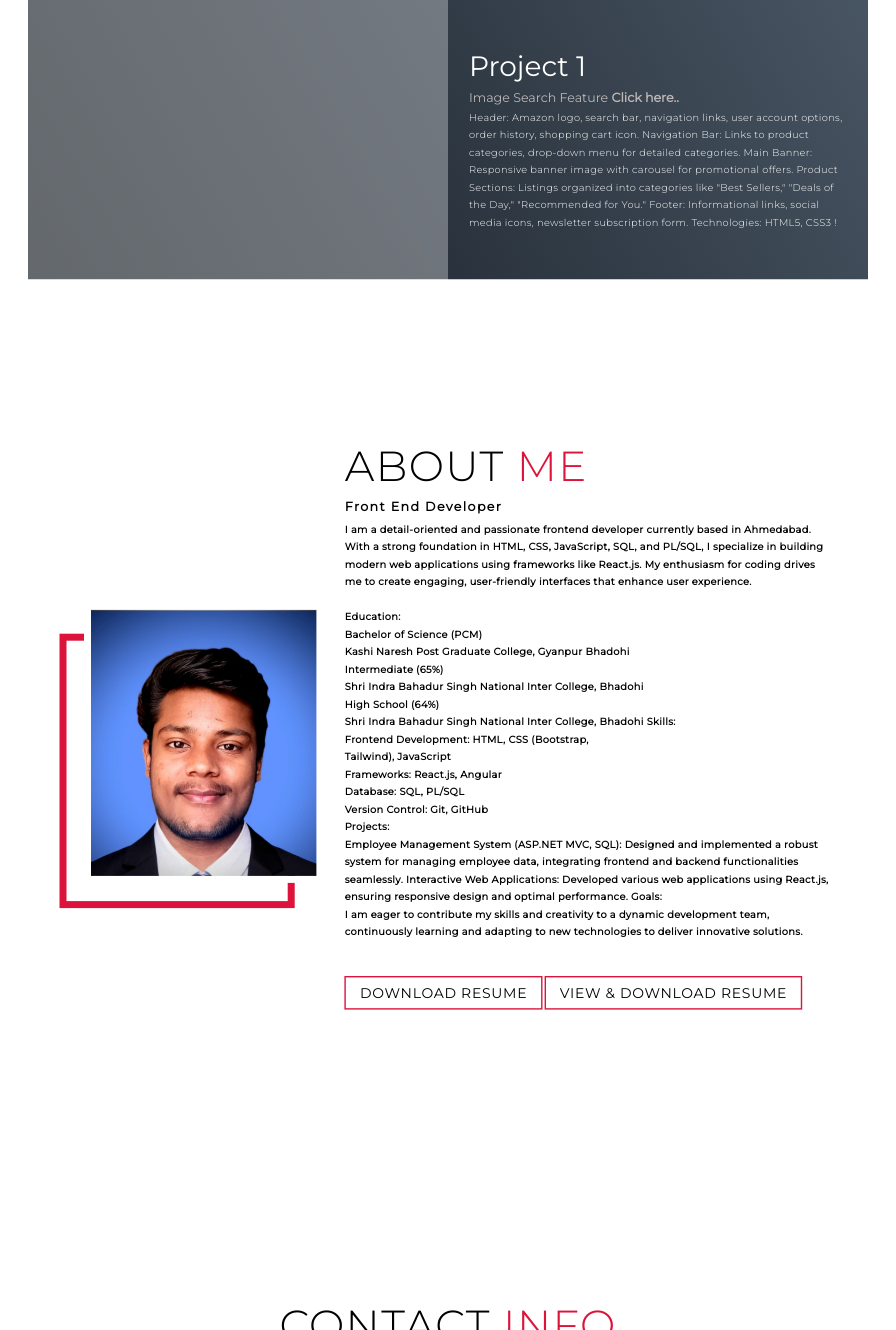
Repository: Mahesh512001/Portfolio-Mahesh
Page: index.html
These files come from the project's save history. The page is drawn as it stood at one moment and after the next save; the edit follows.
The browser window is 1280 px wide. The pictures show the part of the page from y = 4485 to 6385 px (the page is 7077 px tall), at 70% of full size.
Pictures or frames that could not be fetched are drawn as grey boxes.

Above is the page before, as saved 2024-08-28 16:26:54.

### index.html
<!DOCTYPE html>
<html lang="en">

<head>
  <meta charset="UTF-8">
  <meta name="viewport" content="width=device-width, initial-scale=1.0">
  <link rel="stylesheet" href="style.css">
  <title>Mahesh Chaurasiya</title>
</head>

<body>
  <!-- Header -->
  <section id="header">
    <div class="header container">
      <div class="nav-bar">
        <div class="brand">
          <a href="#hero">
            <h1><span>M</span>ahesh <span>C</span>haurasiya</h1>
          </a>
        </div>
        <div class="nav-list">
          <div class="hamburger">
            <div class="bar"></div>
          </div>
          <ul>
            <li><a href="#hero" data-after="Home">Home</a></li>
            <li><a href="#services" data-after="Service">Services</a></li>
            <li><a href="#projects" data-after="Projects">Projects</a></li>
            <li><a href="#about" data-after="About">About</a></li>
            <li><a href="#contact" data-after="Contact">Contact</a></li>
          </ul>
        </div>
      </div>
    </div>
  </section>
  <!-- End Header -->


  <!-- Hero Section  -->
  <section id="hero">
    <div class="hero container">
      <div>
        <h1>Hello, <span></span></h1>
        <h1>My Name is <span></span></h1>
        <h1>Mahesh <span></span></h1>
        <a href="#projects" type="button" class="cta">Portfolio</a>
      </div>
    </div>
  </section>
  <!-- End Hero Section  -->

  <!-- Service Section -->
  <section id="services">
    <div class="services container">
      <div class="service-top">
        <h1 class="section-title">Serv<span>i</span>ces</h1>
        <p>Mahesh Chaurasiya offers a comprehensive range of web development services tailored to meet your business needs. Specializing in frontend and backend development, he excels in creating responsive and user-friendly websites. With expertise in HTML, CSS, JavaScript, and frameworks like React and Angular, Mahesh ensures top-notch performance and design. He also provides robust backend solutions using technologies such as Node.js, ASP.NET, and databases like SQL Server and MongoDB. From e-commerce platforms to custom web applications, Mahesh Chaurasiya delivers high-quality, scalable, and secure web solutions.!</p>
      </div>
      <div class="service-bottom">
        <div class="service-item">
          <div class="icon"><img src="https://img.icons8.com/bubbles/100/000000/services.png" /></div>
          <h2> <b>Web Design for Web Developers</b> by Mahesh Chaurasiya:</h2>
          <p>Web design is the art of creating visually appealing and user-friendly interfaces for websites and web applications. It involves understanding the principles of layout, typography, color theory, and usability. A web developer must collaborate closely with designers to implement responsive and accessible designs using HTML, CSS, and JavaScript. Effective web design ensures that the website not only looks good but also provides a seamless user experience across different devices and browsers. By focusing on both aesthetics and functionality, web developers can create engaging and efficient websites that meet users' needs and business goals.</p>
        </div>
        <div class="service-item">
          <div class="icon"><img src="https://img.icons8.com/bubbles/100/000000/services.png" /></div>
          <h2> <b>Web Design for Web Developers</b> by Mahesh Chaurasiya:</h2>
          <p>Minimalist Design: Use a clean and simple layout with ample white space, ensuring the focus remains on the content. Utilize a limited color palette and clear typography.Responsive Design: Ensure your design is fully responsive, adapting seamlessly to various screen sizes and devices. Use flexible grids and layouts along with CSS media queries. Interactive Elements: Incorporate interactive elements like hover effects, animations, and transitions to enhance user engagement and make the website more dynamic.Typography Focused: Emphasize typography by using unique fonts and playing with font sizes</p>
        </div>
        <div class="service-item">
          <div class="icon"><img src="https://img.icons8.com/bubbles/100/000000/services.png" /></div>
          <h2> <b>Web Design for Web Developers</b> by Mahesh Chaurasiya:</h2>
          <p>Bold Color Schemes: Experiment with bold and vibrant color schemes to make the website stand out. Use contrasting colors to highlight important elements and calls to action. Custom Illustrations: Add custom illustrations and graphics to give the website a unique and personalized feel. This can also help in better visual storytelling.Dark Mode: Offer a dark mode option for users, providing a visually appealing alternative that reduces eye strain in low-light environments.Microinteractions: Implement microinteractions to provide feedback to users’ actions, such as button presses, form submissions, or loading indicators, enhancing the user experience.
            </p>
        </div>
        <div class="service-item">
          <div class="icon"><img src="https://img.icons8.com/bubbles/100/000000/services.png" /></div>
          <h2> <b>Web Design for Web Developers</b> by Mahesh Chaurasiya:</h2>
          <p>Asymmetrical Layouts: Break the traditional grid layout with asymmetrical designs to create a more interesting and visually engaging website.Background Videos: Use background videos to create an immersive experience. Ensure the video is subtle and doesn’t distract from the main content. Parallax Scrolling: Implement parallax scrolling effects to create depth and a more engaging browsing experience. This technique involves background images moving at a different speed than foreground content. Accessibility: Design with accessibility in mind by ensuring the website is navigable via keyboard, has alt text for images, </p>
        </div>
      </div>
    </div>
  </section>
  <!-- End Service Section -->

  <!-- Projects Section -->
  <section id="projects">
    <div class="projects container">
      <div class="projects-header">
        <h1 class="section-title">Recent <span>Projects</span></h1>
      </div>
      <div class="all-projects">
        <div class="project-item">
          <div class="project-info">
            <h1>Project 1</h1>
            <h2><a style='color:rgb(187, 183, 183)' href="https://mahesh512001.github.io/amazon_clone/">Amazon Clone Using html and CSS   <b>Click here..</b></a></h2>
            <p>Header: Amazon logo, search bar, navigation links, user account options, order history, shopping cart icon.
              Navigation Bar: Links to product categories, drop-down menu for detailed categories.
              Main Banner: Responsive banner image with carousel for promotional offers.
              Product Sections: Listings organized into categories like "Best Sellers," "Deals of the Day," "Recommended for
              You."
              Footer: Informational links, social media icons, newsletter subscription form.
              Technologies: HTML5, CSS3
              !</p>
          </div>
          <div class="project-img">
            <img src="https://www.shutterstock.com/image-vector/vector-illustration-smartphone-mobile-phone-260nw-2147680415.jpg" alt="img">
          </div>
        </div>
        <div class="project-item">
          <div class="project-info">
            <h1>Project 2</h1>
           <h2><a style='color:rgb(187, 183, 183)' href="https://mahesh512001.github.io/Crud-Operation-using-js-html/" >Crud Operation using HTML, CSS AND JAVASCRIPT   <b>Click here..</b></a></h2>
            <p>Create: A form to input new entries (e.g., tasks, products).
              Includes text inputs, dropdowns, and submit buttons.
              Read: Displays all entries in a table or card layout.
              Each entry shows relevant details with action buttons.
              Update: Edit existing entries via pre-filled forms.
              Users can modify and save changes.
              Delete: Option to remove entries from the list.
              Confirmation prompts to prevent accidental deletions.
              Technologies Used:
              HTML5: Structures forms, tables, and overall layout.
              CSS3: Styles the application with modern, responsive design using flexbox and grid.
              JavaScript: Implements CRUD logic, handles data storage, and updates the DOM dynamically.
              !</p>
          </div>
          <div class="project-img">
            <img src="https://www.shutterstock.com/image-vector/vector-illustration-smartphone-mobile-phone-260nw-2147680415.jpg" alt="img">
          </div>
        </div>
        <div class="project-item">
          <div class="project-info">
            <h1>Project 3</h1>

          <h2> <h2><a style='color:rgb(187, 183, 183)' href="https://todo-list-using-angular-eag7.vercel.app/" >To-do list Application using angular   <b>Click here..</b></a></h2>
            <p>Add Task: Input field and button to add new tasks.
              View Tasks: Displays all tasks with filtering options.
              Update Task: Edit existing tasks with a pre-filled form.
              Delete Task: Option to remove tasks with confirmation prompts.
              Mark as Complete: Checkbox to mark tasks as complete.
              Technologies Used:
              Angular: Component-based architecture.
              TypeScript: Enhances JavaScript with static types.
              HTML5: Structures layout and forms.
              CSS: Styles the application
              !</p>
          </div>
          <div class="project-img">
            <img src="https://www.shutterstock.com/image-vector/vector-illustration-smartphone-mobile-phone-260nw-2147680415.jpg" alt="img">
          </div>
        </div>
        <div class="project-item">
          <div class="project-info">
            <h1>Project 4</h1>
            <h2>Online Quiz Application</h2>
            <p>Part 1: HTML Test

              Page Name: htmlassignment.html
              Framework: Bootstrap
              Description: Created a responsive HTML page based on a design, using Bootstrap to ensure it adapts to mobile devices.
              Part 2: Backend Test

              Technology: ASP.NET Core, MS SQL
              Functionality:
              Questions Table: Stores questions, options, and correct answers.
              Begin Test Page: Email input with validation, saves email in a cookie.
              Question Page: Dynamically displays questions, saves user answers.
              Exam Result Page: Shows user’s score and saved email.!</p>
          </div>
          <div class="project-img">
            <img src="https://www.shutterstock.com/image-vector/vector-illustration-smartphone-mobile-phone-260nw-2147680415.jpg" alt="img">
          </div>
        </div>
        <div class="project-item">
          <div class="project-info">
            <h1>Project 5</h1>
            <h2>Employee Management System</h2>
            <p>Technology: ASP.NET MVC, SQL Server/Description:- Employee Table: Stores employee details such as ID, Name, Department, and Salary.
              Features:-
              Add Employee: Form to add new employees with validation.
              Edit Employee: Update existing employee details.
              Delete Employee: Remove employees from the database.
              View Employees: List all employees with sorting and filtering options.
              Search Employees: Search employees by name or department.
              This system ensures efficient management of employee records with CRUD (Create, Read, Update, Delete) operations.!</p>
          </div>
          <div class="project-img">
            <img src="https://www.shutterstock.com/image-vector/vector-illustration-smartphone-mobile-phone-260nw-2147680415.jpg" alt="img">
          </div>
        </div>
        <div class="project-item">
          <div class="project-info">
            <h1>Project 1</h1>
            <h2><a style='color:rgb(187, 183, 183)' href="https://mahesh512001.github.io/Search_image_using-js-css-html/">Image Search Feature   <b>Click here..</b></a></h2>
            <p>Header: Amazon logo, search bar, navigation links, user account options, order history, shopping cart icon.
              Navigation Bar: Links to product categories, drop-down menu for detailed categories.
              Main Banner: Responsive banner image with carousel for promotional offers.
              Product Sections: Listings organized into categories like "Best Sellers," "Deals of the Day," "Recommended for
              You."
              Footer: Informational links, social media icons, newsletter subscription form.
              Technologies: HTML5, CSS3
              !</p>
          </div>
          <div class="project-img">
            <img src="https://www.shutterstock.com/image-vector/vector-illustration-smartphone-mobile-phone-260nw-2147680415.jpg" alt="img">
          </div>
        </div>
      </div>
    </div>
  </section>
  <!-- End Projects Section -->

  <!-- About Section -->
  <section id="about">
    <div class="about container">
      <div class="col-left">
        <div class="about-img">
          <img src="./img/WhatsApp Image 2024-02-27 at 13.39.27_0f0cbf3b.jpg" alt="img">
        </div>
      </div>
      <div class="col-right">
        <h1 class="section-title">About <span>me</span></h1>
        <h2><b>Front End Developer</b></h2>
        <p><b>I am a detail-oriented and passionate frontend developer currently based in Ahmedabad. With a strong foundation in HTML, CSS, JavaScript, SQL, and PL/SQL, I specialize in building modern web applications using frameworks like React.js. My enthusiasm for coding drives me to create engaging, user-friendly interfaces that enhance user experience.

          <br><br>Education:
          <br>
          Bachelor of Science (PCM)<br>
          Kashi Naresh Post Graduate College, Gyanpur Bhadohi<br>
          Intermediate (65%)<br>
          Shri Indra Bahadur Singh National Inter College, Bhadohi<br>
          High School (64%)<br>
          Shri Indra Bahadur Singh National Inter College, Bhadohi
          Skills:
          <br>
          Frontend Development: HTML, CSS (Bootstrap, <br>
          Tailwind), JavaScript<br>
          Frameworks: React.js, Angular<br>
          Database: SQL, PL/SQL<br>
          Version Control: Git, GitHub<br>
          Projects:
          <br>
          Employee Management System (ASP.NET MVC, SQL): Designed and implemented a robust system for managing employee data, integrating frontend and backend functionalities seamlessly.
          Interactive Web Applications: Developed various web applications using React.js, ensuring responsive design and optimal performance.
          Goals:<br>
          I am eager to contribute my skills and creativity to a dynamic development team, continuously learning and adapting to new technologies to deliver innovative solutions.</b></p>
        <a href="https://drive.google.com/uc?export=download&id=1DWSHdsEPHFoF-p0LWFgqFOF8QcjtQt7M" class="cta">Download Resume</a>
        <a href="https://drive.google.com/file/d/1DWSHdsEPHFoF-p0LWFgqFOF8QcjtQt7M/view?usp=sharing" class="cta">View & Download Resume</a>
      </div>
    </div>
  </section>
  <!-- End About Section -->

  <!-- Contact Section -->
  <section id="contact">
    <div class="contact container">
      <div>
        <h1 class="section-title">Contact <span>info</span></h1>
      </div>
      <div class="contact-items">
        <div class="contact-item">
          <div class="icon"><img src="https://img.icons8.com/bubbles/100/000000/phone.png" /></div>
          <div class="contact-info">
            <h1>Phone</h1>
            <h2>+91 7839072326</h2>
            <h2>+91 8858187079</h2>
          </div>
        </div>
        <div class="contact-item">
          <div class="icon"><img src="https://img.icons8.com/bubbles/100/000000/new-post.png" /></div>
          <div class="contact-info">
            <h1>Email</h1>
            <h2>chaurasiyamahesh012345</h2>
            <h2>@gmail.com</h2>
          </div>
        </div>
        <div class="contact-item">
          <div class="icon"><img src="https://img.icons8.com/bubbles/100/000000/map-marker.png" /></div>
          <div class="contact-info">
            <h1>Address</h1>
            <h2>Bhadohi, Gyanpur Road, Saraiya</h2>
          </div>
        </div>
      </div>
    </div>
  </section>
  <!-- End Contact Section -->

  <!-- Footer -->
  <section id="footer">
    <div class="footer container">
      <div class="brand">
        <h1><span>M</span>ahesh <span>C</span>haurasiya</h1>
      </div>
      <h2>Your Complete Web Solution</h2>
      <div class="social-icon">
        <div class="social-item">
          <a href="https://www.linkedin.com/in/mahesh-chaurasiya-8375a7184/"><img src="./img/linkedin.png" /></a>
        </div>
        <div class="social-item">
          <a href="https://x.com/mahesh783907/"><img src="./img/twitter.png" /></a>
        </div>
        <div class="social-item">
          <a href="https://www.instagram.com/mahesh_7839__"><img src="./img/instagram.png" /></a>
        </div>
        <div class="social-item">
          <a href="https://github.com/Mahesh512001"><img src="./img/github.png" /></a>
        </div>
      </div>
      <p>Copyright © 2024 Mahesh. All rights reserved</p>
    </div>
  </section>
  <!-- End Footer -->
  <script src="./app.js"></script>
</body>

</html>

Loaded but not shown: app.js (25 lines, source omitted); style.css (703 lines, source omitted)

After the next save:
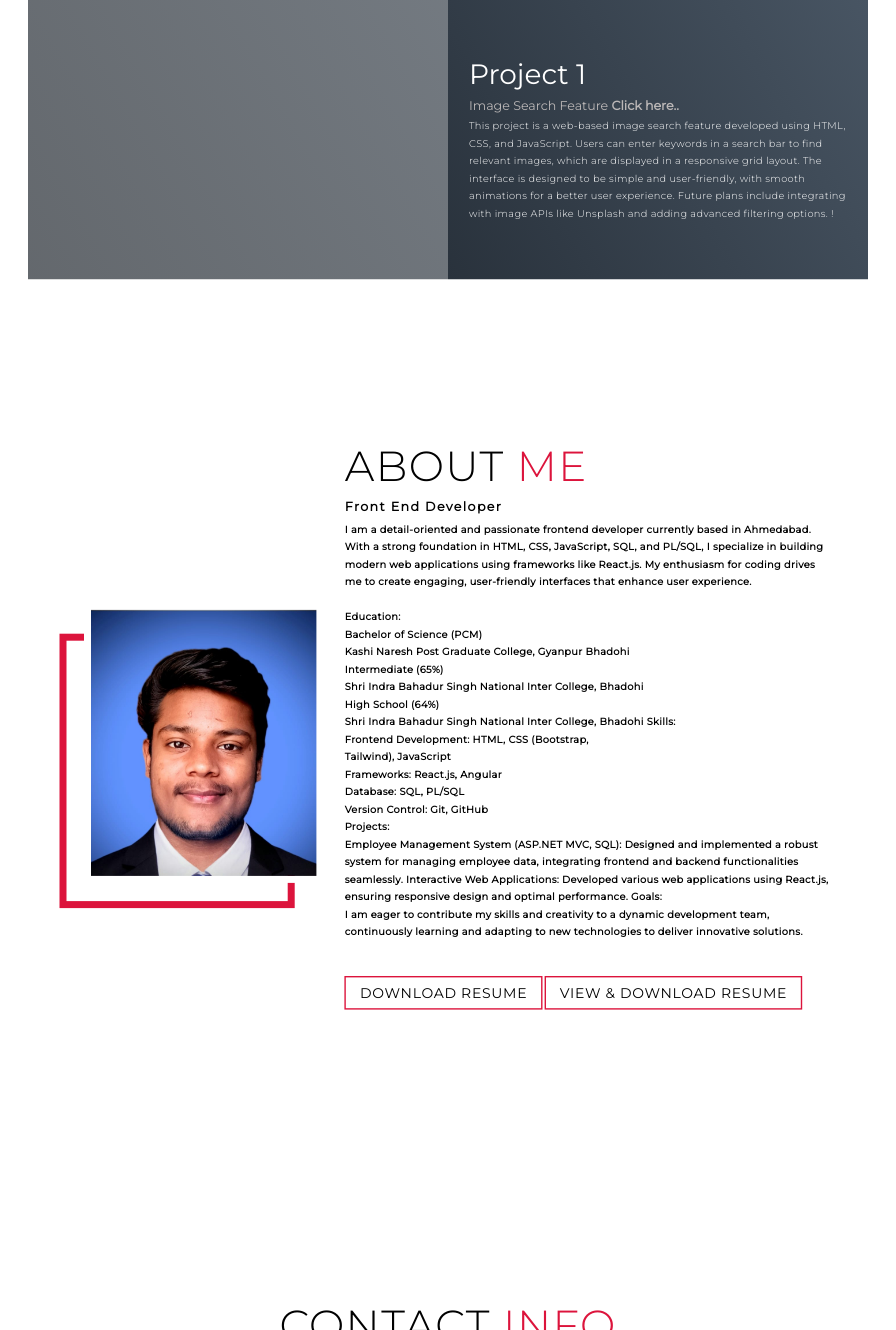
Saved 61 s later.
--- a/index.html
+++ b/index.html
@@ -193,13 +193,7 @@
           <div class="project-info">
             <h1>Project 1</h1>
             <h2><a style='color:rgb(187, 183, 183)' href="https://mahesh512001.github.io/Search_image_using-js-css-html/">Image Search Feature   <b>Click here..</b></a></h2>
-            <p>Header: Amazon logo, search bar, navigation links, user account options, order history, shopping cart icon.
-              Navigation Bar: Links to product categories, drop-down menu for detailed categories.
-              Main Banner: Responsive banner image with carousel for promotional offers.
-              Product Sections: Listings organized into categories like "Best Sellers," "Deals of the Day," "Recommended for
-              You."
-              Footer: Informational links, social media icons, newsletter subscription form.
-              Technologies: HTML5, CSS3
+            <p>This project is a web-based image search feature developed using HTML, CSS, and JavaScript. Users can enter keywords in a search bar to find relevant images, which are displayed in a responsive grid layout. The interface is designed to be simple and user-friendly, with smooth animations for a better user experience. Future plans include integrating with image APIs like Unsplash and adding advanced filtering options.
               !</p>
           </div>
           <div class="project-img">
